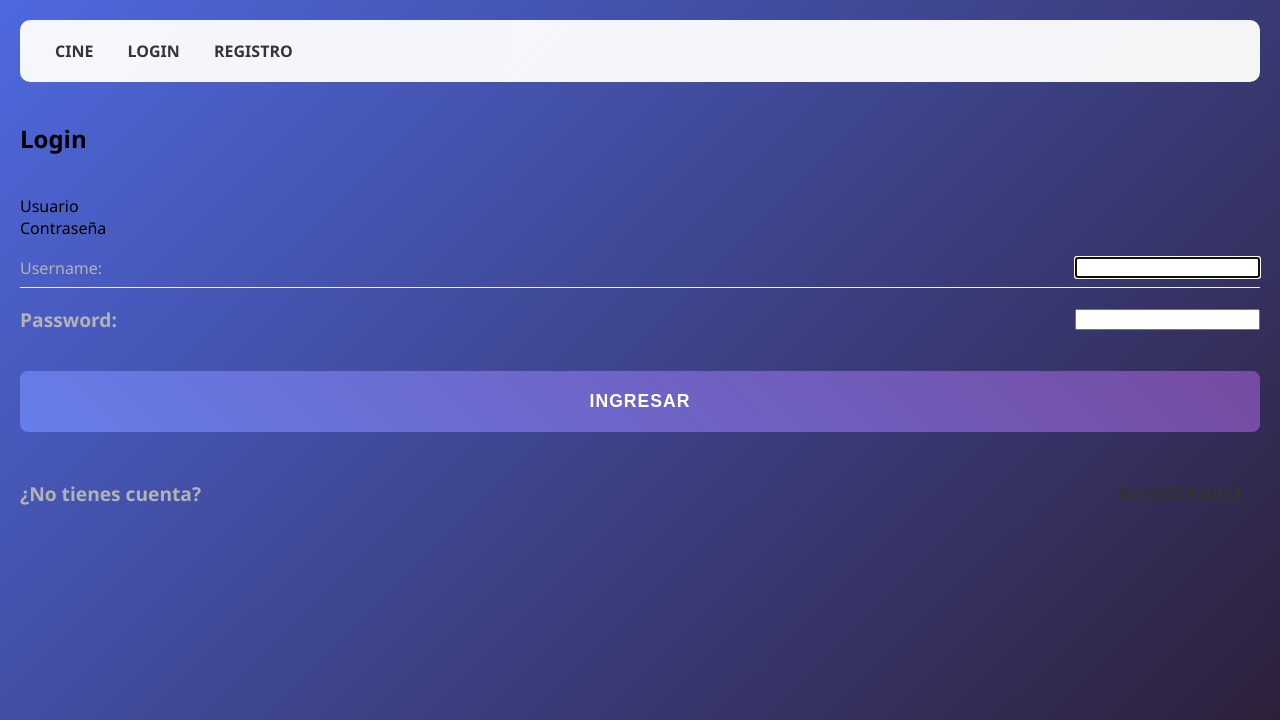
Repository: RoyScc/Practico-Django
Page: http://localhost/login/
These files come from the project's save history. The page is drawn as it stood at one moment and after the next save; the edit follows.
The browser window is 1280 px wide. The pictures show the whole page.
The page is served by the project's application, run on Django 5.2 (manage.py).

Above is the page before, as saved 2026-05-27 08:56:19.

After the next save:
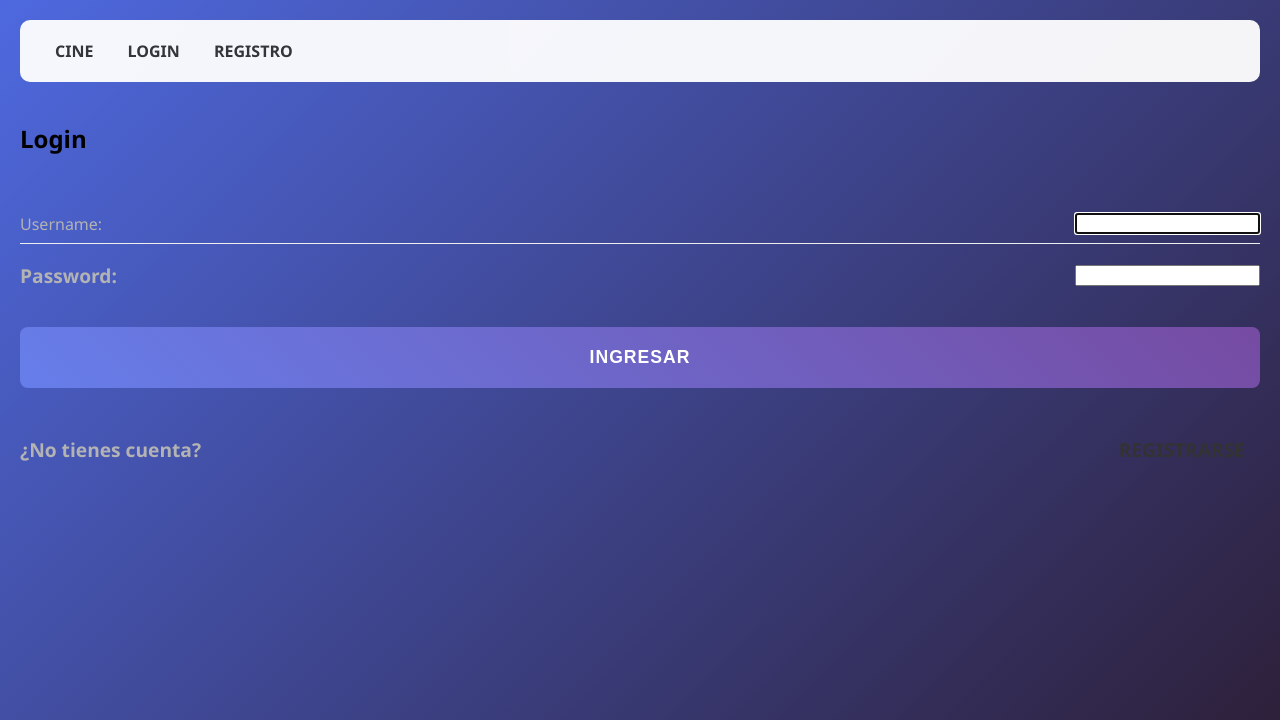
Saved 12 s later.
--- a/tickets/templates/tickets/login.html
+++ b/tickets/templates/tickets/login.html
@@ -6,11 +6,9 @@
 
 <form method="POST">
     <div class="form-group">
-        <label>Usuario</label>
         {% csrf_token %}
     </div>
     <div class="form-group">
-        <label>Contraseña</label>
         {{ form.as_p }}
     </div>
 
